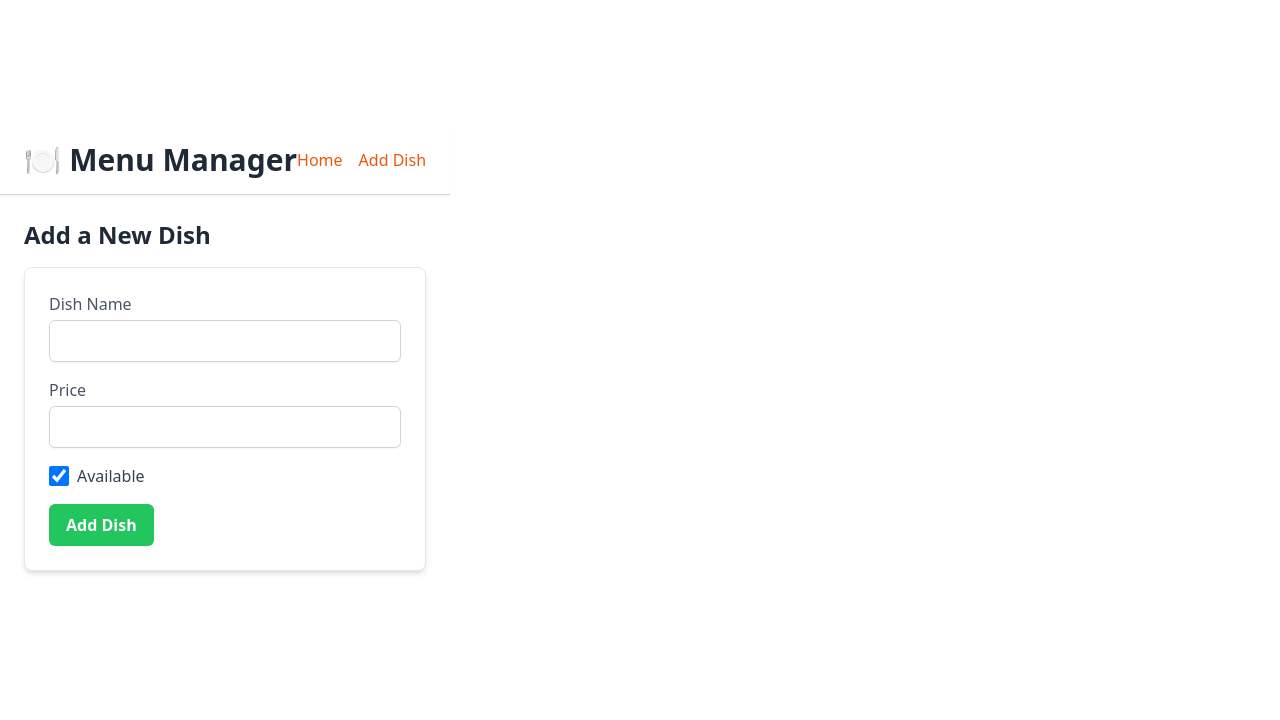
Repository: PEEZYBEE/react-hooks-phase-2-project
Page: /add (app in menu-manager/)
These files come from the project's save history. The page is drawn as it stood at one moment and after a run of saves; the edit follows.
The browser window is 1280 px wide. The pictures show the whole page.
The project was rebuilt for these pictures with package versions that can differ from the ones it lists, and the page was loaded fresh each time. Also part of the build but not shown: menu-manager/vite.config.js, menu-manager/src/components/Search.jsx, menu-manager/src/components/DishCard.jsx, menu-manager/src/components/DishList.jsx, menu-manager/src/pages/MenuPage.jsx, menu-manager/src/components/DishForm.jsx, menu-manager/src/pages/EditDishPage.jsx.

Above is the page before, as saved 2025-04-19 14:07:22.

### menu-manager/index.html
<!doctype html>
<html lang="en">
  <head>
    <meta charset="UTF-8" />
    <link rel="icon" type="image/svg+xml" href="/vite.svg" />
    <meta name="viewport" content="width=device-width, initial-scale=1.0" />
    <title>Menu Manager</title>
  </head>
  <body>
    <div id="root"></div>
    <script type="module" src="/src/main.jsx"></script>
  </body>
</html>

### menu-manager/src/App.jsx
import { BrowserRouter as Router, Routes, Route } from "react-router-dom";
import Header from "./components/Header";
import MenuPage from "./pages/MenuPage";
import AddDishPage from "./pages/AddDishPage";
import EditDishPage from "./pages/EditDishPage";

function App() {
  return (
    <Router>
      <Header />
      <main>
        <Routes>
          <Route path="/" element={<MenuPage />} />
          <Route path="/add" element={<AddDishPage />} />
          <Route path="/edit/:id" element={<EditDishPage />} />
        </Routes>
      </main>
    </Router>
  );
}

export default App;

### menu-manager/src/components/Header.jsx
// src/components/Header.jsx
import { Link } from "react-router-dom";

function Header() {
  return (
    <header className="flex items-center justify-between px-6 py-4 border-b border-gray-300 bg-white shadow-sm">
      <h1 className="text-3xl font-bold text-gray-800">🍽️ Menu Manager</h1>
      <nav className="space-x-4">
        <Link
          to="/"
          className="text-orange-600 hover:text-blue-800 transition duration-200"
        >
          Home
        </Link>
        <Link
          to="/add"
          className="text-orange-600 hover:text-blue-800 transition duration-200"
        >
          Add Dish
        </Link>
      </nav>
    </header>
  );
}

export default Header;

### menu-manager/src/pages/AddDishPage.jsx
// src/pages/AddDishPage.jsx
import { useState } from "react";

function AddDishPage({ onAddDish }) {
  const [name, setName] = useState("");
  const [price, setPrice] = useState("");
  const [available, setAvailable] = useState(true);

  const handleSubmit = (e) => {
    e.preventDefault();
    const newDish = {
      name,
      price: parseFloat(price),
      available,
    };
    onAddDish(newDish);
    setName("");
    setPrice("");
    setAvailable(true);
  };

  return (
    <div className="max-w-xl mx-auto p-6">
      <h2 className="text-2xl font-bold mb-4 text-gray-800">Add a New Dish</h2>
      <form
        onSubmit={handleSubmit}
        className="space-y-4 bg-white p-6 rounded-lg shadow-md border"
      >
        <div>
          <label className="block mb-1 text-gray-600">Dish Name</label>
          <input
            type="text"
            value={name}
            onChange={(e) => setName(e.target.value)}
            className="w-full px-4 py-2 border border-gray-300 rounded-md shadow-sm focus:ring-2 focus:ring-green-400 focus:outline-none"
            required
          />
        </div>

        <div>
          <label className="block mb-1 text-gray-600">Price</label>
          <input
            type="number"
            step="0.01"
            value={price}
            onChange={(e) => setPrice(e.target.value)}
            className="w-full px-4 py-2 border border-gray-300 rounded-md shadow-sm focus:ring-2 focus:ring-green-400 focus:outline-none"
            required
          />
        </div>

        <div className="flex items-center gap-2">
          <input
            type="checkbox"
            checked={available}
            onChange={(e) => setAvailable(e.target.checked)}
            className="h-5 w-5 text-green-600"
          />
          <label className="text-gray-700">Available</label>
        </div>

        <button
          type="submit"
          className="bg-green-500 hover:bg-green-600 text-white font-semibold px-4 py-2 rounded-md transition duration-200"
        >
          Add Dish
        </button>
      </form>
    </div>
  );
}

export default AddDishPage;

Loaded but not shown: menu-manager/src/main.jsx (common file); menu-manager/src/index.css (common file); menu-manager/tailwind.config.js (common file)

After the next 2 saves:
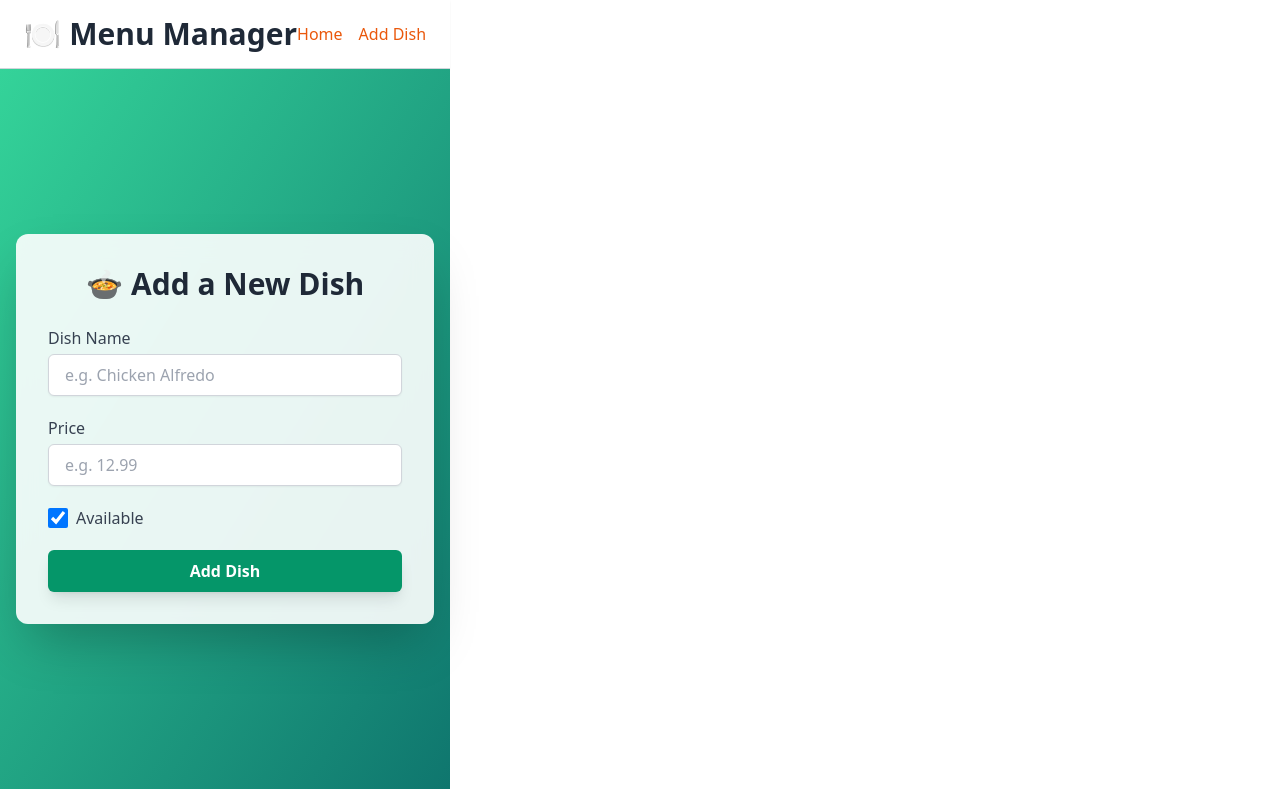
The 2 saves are shown as one change because they came seconds apart.
The last was saved 86 s later.
--- a/menu-manager/src/pages/AddDishPage.jsx
+++ b/menu-manager/src/pages/AddDishPage.jsx
@@ -1,4 +1,3 @@
-// src/pages/AddDishPage.jsx
 import { useState } from "react";
 
 function AddDishPage({ onAddDish }) {
@@ -20,52 +19,56 @@ function AddDishPage({ onAddDish }) {
   };
 
   return (
-    <div className="max-w-xl mx-auto p-6">
-      <h2 className="text-2xl font-bold mb-4 text-gray-800">Add a New Dish</h2>
-      <form
-        onSubmit={handleSubmit}
-        className="space-y-4 bg-white p-6 rounded-lg shadow-md border"
-      >
-        <div>
-          <label className="block mb-1 text-gray-600">Dish Name</label>
-          <input
-            type="text"
-            value={name}
-            onChange={(e) => setName(e.target.value)}
-            className="w-full px-4 py-2 border border-gray-300 rounded-md shadow-sm focus:ring-2 focus:ring-green-400 focus:outline-none"
-            required
-          />
-        </div>
+    <div className="min-h-screen bg-gradient-to-br from-emerald-400 to-teal-700 flex items-center justify-center px-4 py-12">
+      <div className="bg-white bg-opacity-90 backdrop-blur-md shadow-2xl rounded-xl p-8 max-w-md w-full">
+        <h2 className="text-3xl font-extrabold text-gray-800 mb-6 text-center">
+          🍲 Add a New Dish
+        </h2>
 
-        <div>
-          <label className="block mb-1 text-gray-600">Price</label>
-          <input
-            type="number"
-            step="0.01"
-            value={price}
-            onChange={(e) => setPrice(e.target.value)}
-            className="w-full px-4 py-2 border border-gray-300 rounded-md shadow-sm focus:ring-2 focus:ring-green-400 focus:outline-none"
-            required
-          />
-        </div>
+        <form onSubmit={handleSubmit} className="space-y-5">
+          <div>
+            <label className="block text-gray-700 font-medium mb-1">Dish Name</label>
+            <input
+              type="text"
+              value={name}
+              onChange={(e) => setName(e.target.value)}
+              className="w-full px-4 py-2 rounded-md border border-gray-300 focus:outline-none focus:ring-2 focus:ring-emerald-500 shadow-sm"
+              placeholder="e.g. Chicken Alfredo"
+              required
+            />
+          </div>
 
-        <div className="flex items-center gap-2">
-          <input
-            type="checkbox"
-            checked={available}
-            onChange={(e) => setAvailable(e.target.checked)}
-            className="h-5 w-5 text-green-600"
-          />
-          <label className="text-gray-700">Available</label>
-        </div>
+          <div>
+            <label className="block text-gray-700 font-medium mb-1">Price</label>
+            <input
+              type="number"
+              step="0.01"
+              value={price}
+              onChange={(e) => setPrice(e.target.value)}
+              className="w-full px-4 py-2 rounded-md border border-gray-300 focus:outline-none focus:ring-2 focus:ring-emerald-500 shadow-sm"
+              placeholder="e.g. 12.99"
+              required
+            />
+          </div>
 
-        <button
-          type="submit"
-          className="bg-green-500 hover:bg-green-600 text-white font-semibold px-4 py-2 rounded-md transition duration-200"
-        >
-          Add Dish
-        </button>
-      </form>
+          <div className="flex items-center space-x-2">
+            <input
+              type="checkbox"
+              checked={available}
+              onChange={(e) => setAvailable(e.target.checked)}
+              className="w-5 h-5 text-emerald-600 focus:ring-emerald-500 border-gray-300 rounded"
+            />
+            <label className="text-gray-700">Available</label>
+          </div>
+
+          <button
+            type="submit"
+            className="w-full bg-emerald-600 hover:bg-emerald-700 text-white font-semibold py-2 px-4 rounded-md transition-all duration-200 shadow-lg"
+          >
+            Add Dish
+          </button>
+        </form>
+      </div>
     </div>
   );
 }
